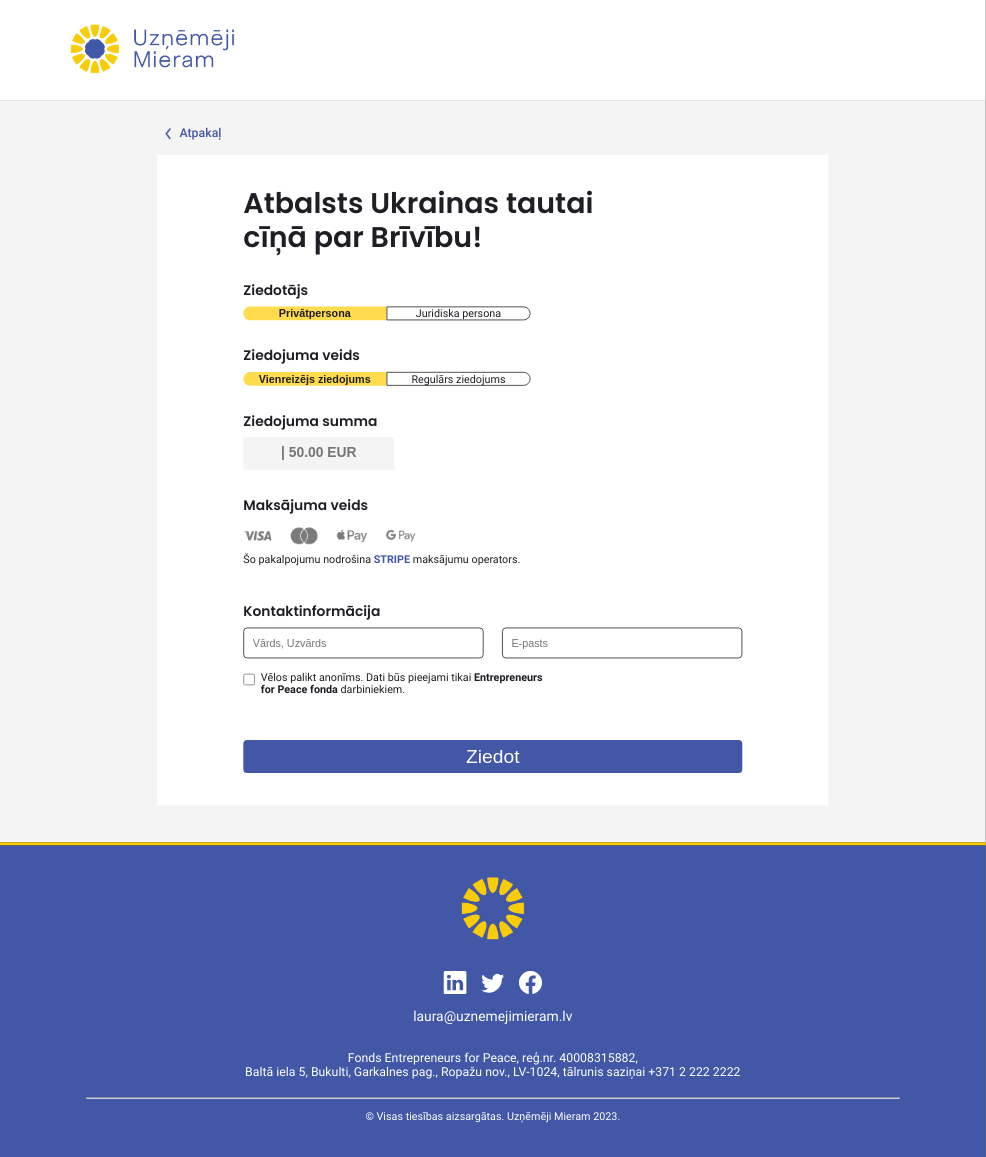
Repository: KatrinaPa/projekts_jul
Page: donate_Ukr-private-onetime.html
An editor plug-in stored every save of this project. The page is shown before and after the next save, followed by the edit.
The browser window is 1280 px wide. The pictures show the whole page, at 77% of full size.

Above is the page before, as saved 2023-07-24 15:23:30.
Console error: TypeError: Cannot read properties of null (reading 'addEventListener')

### donate_Ukr-private-onetime.html
<!DOCTYPE html>
<html lang="en">

<head>
    <meta charset="UTF-8">
    <meta http-equiv="X-UA-Compatible" content="IE=edge">
    <meta name="viewport" content="width=device-width, initial-scale=1.0">
    <title>Ukrainas tautai</title>
    <link href="https://fonts.googleapis.com/css2?family=Jost:wght@400;700&display=swap" rel="stylesheet" />
    <link rel="stylesheet" href="assets/main.css" />
    <link rel="stylesheet" href="assets/donate-page.css" />
    <link rel="stylesheet" href="assets/donate-page-private-onetime.css" />
    <link rel="stylesheet" href="https://cdnjs.cloudflare.com/ajax/libs/font-awesome/6.2.0/css/all.min.css" />
    <script src="assets/main.js" defer></script>
</head>

<body>
    <div class="panel">
        <header class="header">
            <div class="header-content">
                <nav class="navbar">
                    <a href="sakums.html" id="project-nav-home"><img src="assets/images/UM_logo.png"
                            alt="uznemejiMieram" id="logo"></a>
                    <a href="sakums.html" id="project-nav-home-mob"><img src="assets/images/UM_simbols.png"
                            alt="uznemejiMieram" id="logo-mob"></a>
                </nav>
            </div>
        </header>
        <section id="donate_wrapper" class="donate_section">
            <div class="section-content">
                <div class="donate-centred">

                    <div class="back-toProject"><a href="sakums.html">
                            <button class="back-btn">
                                <img src="assets/images/arrow_left.png" alt="left" id="arrow-left">
                            </button>
                            <div>
                                <div>Atpakaļ</div>
                            </div>
                        </a></div>

                    <div class="donate_page">
                        <h1>Atbalsts Ukrainas tautai<br>cīņā par Brīvību!</h1>
                        <div class="donation_type">
                            <h4>Ziedotājs</h4>
                            <div>
                                <button class="individual" id="individual-donate">Privātpersona</button>
                                <a href="donate_Ukr-legal-onetime.html" class="legal" id="legal-donate">Juridiska
                                    persona</a>
                            </div>
                            <h4>Ziedojuma veids</h4>
                            <div>
                                <button class="one-time" id="one-time-donate">Vienreizējs ziedojums</button>
                                <a href="donate_Ukr-private-regular.html" class="regular" id="regular-donate">Regulārs
                                    ziedojums</a>
                            </div>
                            <h4>Ziedojuma summa</h4>
                            <div>
                                <input class="enter-donation" type="text" placeholder="| 50.00 EUR" />
                            </div>
                            <h4>Maksājuma veids</h4>
                            <div class="payment_logo">
                                <img src="assets/images/Visa_logo.png" alt="Visa" id="visa_logo">
                                <img src="assets/images/MasterCard_logo.png" alt="MasterCard" id="master-card_logo">
                                <img src="assets/images/applepay_logo.png" alt="Apple Pay" id="apple-pay_logo">
                                <img src="assets/images/googlepay_logo.png" alt="Google Pay" id="google-pay_logo">
                            </div>
                            <p>Šo pakalpojumu nodrošina <span>STRIPE</span> maksājumu operators.</p>
                        </div>
                        <div class="contact-details">
                            <h4>Kontaktinformācija</h4>
                            <form action="#" class="placehold_button">
                                <div class="inputs-details">
                                    <input type="text" placeholder="Vārds, Uzvārds" />
                                    <input type="email" placeholder="E-pasts" />
                                </div>
                                <div class="checkbox_display">
                                    <div>
                                        <input type="checkbox" name="no-display" id="display-no" />
                                        <label for="display-no">Vēlos palikt anonīms. Dati būs pieejami tikai
                                            <b>Entrepreneurs for Peace fonda</b> darbiniekiem.</label>
                                    </div>
                                </div>
                                <button type="submit" class="buttonContinue">Ziedot</button>
                            </form>
                        </div>
                    </div>
                </div>
            </div>
        </section>
        <div class="yellow-bottom"></div>
        </main>
        <footer>
            <div class="about">
                <img src="assets/images/UM_simbols.png" alt="uznemejiMieram">
                <div class="social">
                    <svg xmlns="http://www.w3.org/2000/svg" width="30" height="30" fill="#ffffff" class="bi bi-linkedin"
                        viewBox="0 0 16 16">
                        <path
                            d="M0 1.146C0 .513.526 0 1.175 0h13.65C15.474 0 16 .513 16 1.146v13.708c0 .633-.526 1.146-1.175 1.146H1.175C.526 16 0 15.487 0 14.854V1.146zm4.943 12.248V6.169H2.542v7.225h2.401zm-1.2-8.212c.837 0 1.358-.554 1.358-1.248-.015-.709-.52-1.248-1.342-1.248-.822 0-1.359.54-1.359 1.248 0 .694.521 1.248 1.327 1.248h.016zm4.908 8.212V9.359c0-.216.016-.432.08-.586.173-.431.568-.878 1.232-.878.869 0 1.216.662 1.216 1.634v3.865h2.401V9.25c0-2.22-1.184-3.252-2.764-3.252-1.274 0-1.845.7-2.165 1.193v.025h-.016a5.54 5.54 0 0 1 .016-.025V6.169h-2.4c.03.678 0 7.225 0 7.225h2.4z" />
                    </svg>
                    <svg xmlns="http://www.w3.org/2000/svg" width="30" height="30" fill="#ffffff" class="bi bi-twitter"
                        viewBox="0 0 16 16">
                        <path
                            d="M5.026 15c6.038 0 9.341-5.003 9.341-9.334 0-.14 0-.282-.006-.422A6.685 6.685 0 0 0 16 3.542a6.658 6.658 0 0 1-1.889.518 3.301 3.301 0 0 0 1.447-1.817 6.533 6.533 0 0 1-2.087.793A3.286 3.286 0 0 0 7.875 6.03a9.325 9.325 0 0 1-6.767-3.429 3.289 3.289 0 0 0 1.018 4.382A3.323 3.323 0 0 1 .64 6.575v.045a3.288 3.288 0 0 0 2.632 3.218 3.203 3.203 0 0 1-.865.115 3.23 3.23 0 0 1-.614-.057 3.283 3.283 0 0 0 3.067 2.277A6.588 6.588 0 0 1 .78 13.58a6.32 6.32 0 0 1-.78-.045A9.344 9.344 0 0 0 5.026 15z" />
                    </svg>
                    <svg xmlns="http://www.w3.org/2000/svg" width="30" height="30" fill="#ffffff" class="bi bi-facebook"
                        viewBox="0 0 16 16">
                        <path
                            d="M16 8.049c0-4.446-3.582-8.05-8-8.05C3.58 0-.002 3.603-.002 8.05c0 4.017 2.926 7.347 6.75 7.951v-5.625h-2.03V8.05H6.75V6.275c0-2.017 1.195-3.131 3.022-3.131.876 0 1.791.157 1.791.157v1.98h-1.009c-.993 0-1.303.621-1.303 1.258v1.51h2.218l-.354 2.326H9.25V16c3.824-.604 6.75-3.934 6.75-7.951z" />
                    </svg>
                </div>
                <div class="contacts">
                    <p>laura@uznemejimieram.lv</p>
                    <p>Fonds Entrepreneurs for Peace, reģ.nr. 40008315882, <br> Baltā iela 5, Bukulti, Garkalnes pag.,
                        Ropažu
                        nov., LV-1024, tālrunis saziņai +371 2 222 2222</p>
                </div>
            </div>
            <div class="copy">
                <hr>
                <p>© Visas tiesības aizsargātas. Uzņēmēji Mieram 2023.</p>
            </div>
        </footer>
    </div>

</body>

</html>

### assets/donate-page.css
#donate_wrapper {
    background-color: #f4f4f4;
}

.donate_section {
    font-family: 'Roboto';
    padding: 0 3rem 0 3rem;
}

.donate-centred {
    display: flex;
    align-items: center;
    flex-direction: column;
}

.back-toProject {
    width: 54.5rem;
    padding: 2rem 0 1rem 0;
}

.back-toProject a {
    text-decoration: none;
    color: #4257A6;
    font-size: 16px;
    font-weight: 500;
    margin-block-start: 0;
    display: flex;
}

.back-btn {
    border: 0;
    background: transparent;
    cursor: pointer;
}

.back-btn img {
    width: 45%;
    padding-top: 0.1rem;
}

.donate_page {
    width: 54.5rem;
    background-color: #ffffff;
    color: #1E1F24;
    margin-bottom: 3rem;
}

h1 {
    color: #1E1F24;
    font-weight: 600;
    font-size: 37px;
    line-height: 45px;
    padding: 2.5rem 7rem 0 7rem;
}

.donation_type {
    padding: 0 7rem 0 7rem;
}

h4 {
    font-size: 18px;
    font-weight: 600;
    margin: 2rem 0 0.5rem 0;
    font-family: 'Poppins';
}

.donation_type div {
    display: flex;
    flex-direction: row;
    justify-content: flex-start;
}

.info-regular {
    display: flex;
    gap: 0.6rem;
}

.info-regular img {
    width: 18px;
    height: 18px;
    margin-block-start: 1.2rem;
}

.donation_type p {
    font-size: 14px;
    font-weight: 400;
    margin-block-start: 0.7rem;
}

.donation_type span {
    color: #4257A6;
    font-weight: 600;
}

.checkbox_display div {
    display: flex;
    flex-direction: row;
    align-items: flex-start;
    gap: 0.5rem;
    width: 60%;
}

#display-no {
    width: 1.4rem;
    height: 1.4rem;
    margin: 0;
}

.checkbox_display label {
    font-size: 14px;
    font-weight: 400;
}

.one-time,
.individual {
    color: #1E1F24;
    font-size: 14px;
    width: 11.6rem;
    height: auto;
    display: flex;
    justify-content: center;
    align-items: center;
    text-decoration: none;
    border: none;
    border-radius: 20px 0 0 20px;
    font-weight: 400;
    cursor: pointer;
}

.legal,
.regular {
    color: #1E1F24;
    font-size: 14px;
    width: 11.6rem;
    height: auto;
    display: flex;
    justify-content: center;
    align-items: center;
    text-decoration: none;
    border-radius: 0 20px 20px 0;
    border: none;
    font-weight: 400;
    margin-block-end: 0;
    cursor: pointer;
}

.legal:hover,
.regular:hover,
.one-time:hover,
.individual:hover {
    background-color: #ffcc00;
    font-weight: 700;
}

.enter-donation {
    background-color: #f4f4f4;
    color: #615c5c;
    font-size: 18px;
    height: 2.5rem;
    width: 12rem;
    text-align: center;
    border: none;
    font-weight: 700;
    margin-block-start: 0;
}

.payment_logo {
    align-items: center;
    gap: 1.5rem;
    margin-top: 1rem;
}

#visa_logo,
#google-pay_logo,
#apple-pay_logo,
#master-card_logo {
    cursor: pointer;
}

.contact-details {
    display: flex;
    flex-direction: column;
    padding: 0 7rem 0 7rem;
}

.inputs-details {
    display: flex;
    gap: 1.5rem;
    margin-bottom: 1rem;
}

.contact-details input {
    border-radius: 5px;
    padding: 0.7rem 0.7rem;
    width: 100%;
    border: solid 1px #1E1F24;
    font-size: 14px;
}

.buttonContinue {
    margin: 3.6rem 0 2.6rem 0;
    width: 100%;
    background-color: #4257A6;
    color: #ffffff;
    font-size: 25px;
    font-weight: 500;
    height: 2.69rem;
    text-decoration: none;
    border-radius: 5px;
    border: none;
    cursor: pointer;
}

.yellow-bottom {
    height: 0.25rem;
    background-color: #ffcc00;
}

@media (min-width: 1280px) {

    .section-content {
        margin: 0 auto;
        padding: 0;
    }
}

@media screen and (max-width: 1279px) {

    .donate_section {
        padding: 0 5rem 0 5rem;
    }

    .back-toProject {
        width: 100%;
    }

    .donate_page {
        width: 100%;
    }

    h1 {
        padding: 2.5rem 6rem 0 6rem;
    }

    .donation_type {
        padding: 0 6rem 0 6rem;
    }

    .contact-details {
        padding: 0 6rem 0 6rem;
    }

    .contact-details input {
        margin-top: 1rem;
        width: auto;
    }

    .inputs-details {
        gap: 0.5rem;
        flex-direction: column;
    }

    .checkbox_display div {
        width: 100%;
    }
}

@media screen and (max-width: 700px) {

    .donate_section {
        padding: 0;
    }

    .back-toProject {
        width: 90%;
    }

    h1 {
        padding: 1.5rem 1.5rem 0 1.5rem;
        width: 90%;
        font-size: 26px;
        line-height: 40px;
    }

    h4 {
        font-size: 14px;
    }

    .donation_type {
        padding: 1.5rem 1.5rem 0 1.5rem;
    }

    .donation_type p {
        width: 80%;
    }

    .contact-details {
        padding: 0 1.5rem 0 1.5rem;
    }

    .one-time,
    .individual,
    .legal,
    .regular {
        font-size: 12px;
        width: 100%;
    }

    .inputs-details {
        margin-bottom: 2rem;
        flex-direction: column;
    }

    .checkbox_display label {
        font-size: 12px;
    }

    .enter-donation {
        width: 100%;
    }
}

### assets/donate-page-private-onetime.css
#one-time-donate {
    background-color: #FFDB4D;
    font-weight: 600;
    cursor: auto;
}

#regular-donate {
    background-color: #ffffff;
    border: 1px solid #1E1F24;
}

#regular-donate:hover {
    background-color: #ffcc00;
    border: none;
}

#individual-donate {
    background-color: #FFDB4D;
    font-weight: 600;
    cursor: auto;
}

#legal-donate {
    background-color: #ffffff;
    border: 1px solid #1E1F24;
}

#legal-donate:hover {
    background-color: #ffcc00;
    border: none;
}

Loaded but not shown: assets/main.js (97 lines, source omitted); assets/main.css (1433 lines, source omitted)

After the next save:
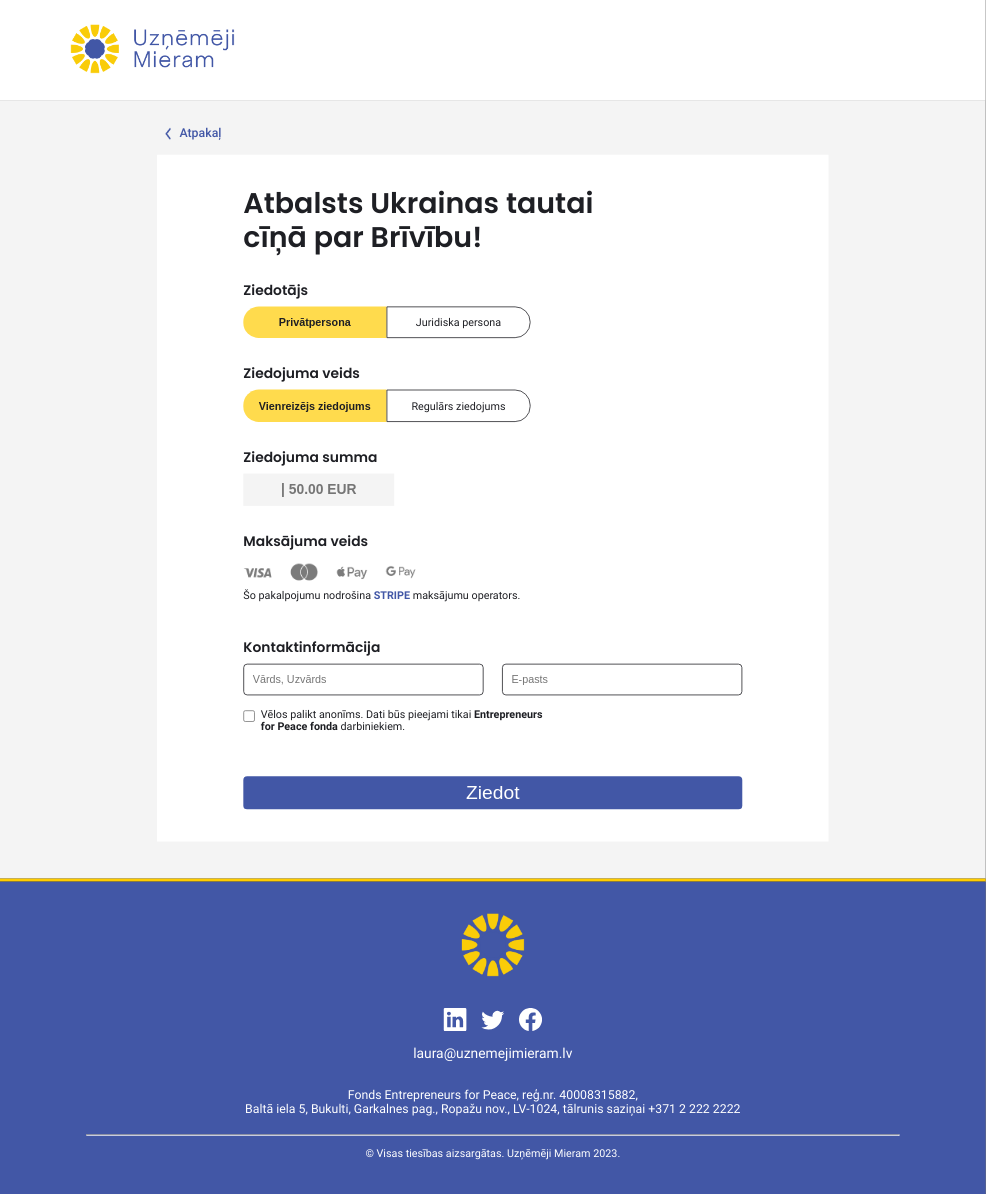
Saved 15 s later.
--- a/assets/donate-page.css
+++ b/assets/donate-page.css
@@ -116,7 +116,7 @@
     color: #1E1F24;
     font-size: 14px;
     width: 11.6rem;
-    height: auto;
+    height: 2.6rem;
     display: flex;
     justify-content: center;
     align-items: center;
